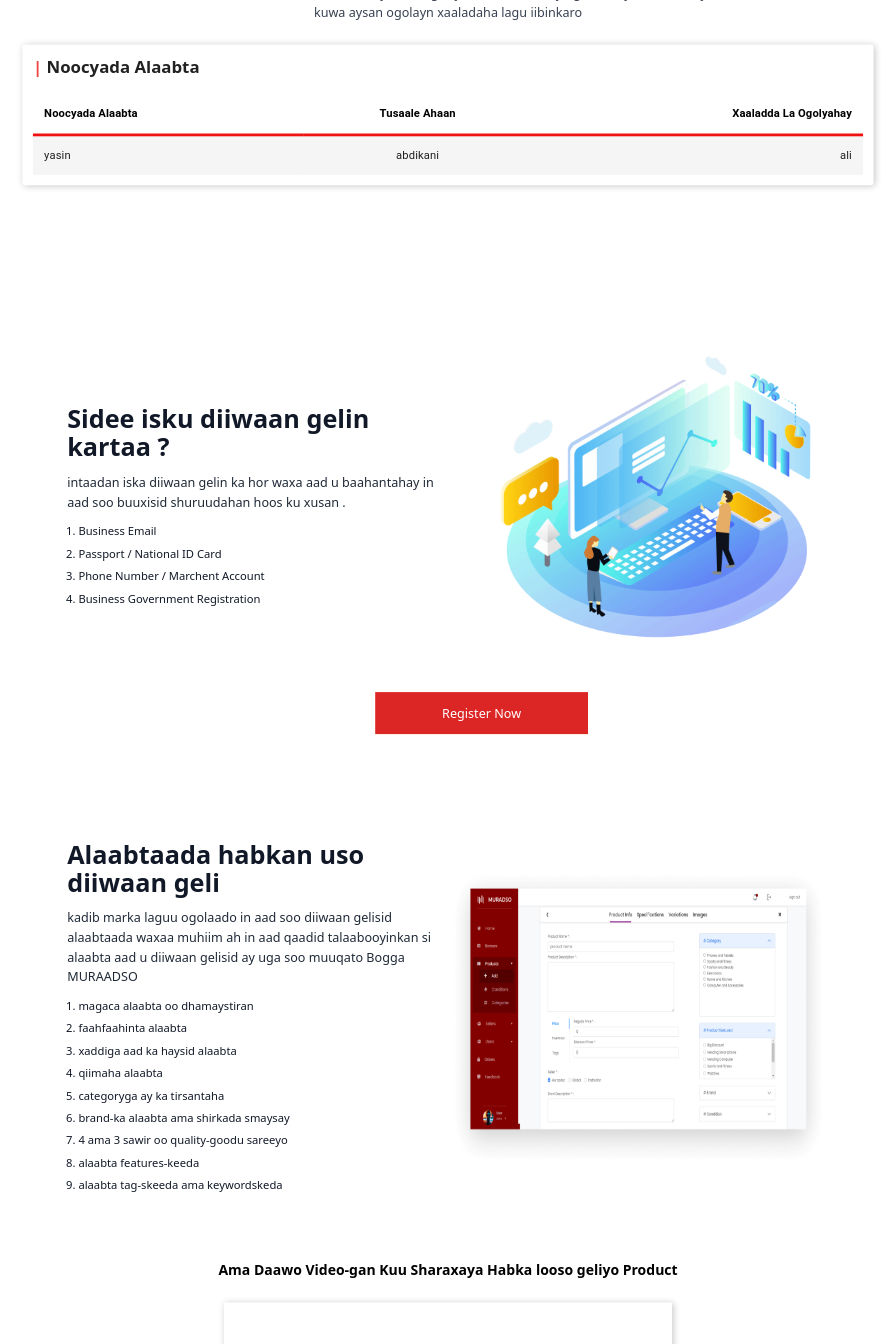
Repository: muraadso/Muraadso-Sellers
Page: /
The author's editor kept a copy of each file at every save. The page is drawn from the files as they stood at one save, then again after the next save.
The browser window is 1280 px wide. The pictures show the part of the page from y = 2814 to 4734 px (the page is 7173 px tall before and 7206 px after), at 70% of full size.
The project was rebuilt for these pictures with package versions that can differ from the ones it lists, and the page was loaded fresh each time. The framework's server and built-in components were replaced by stand-ins that run in the browser. Also part of the build but not shown: next.config.js.

Above is the page before, as saved 2021-12-11 11:17:18.

### pages/_app.js
import '../styles/globals.css'
 import 'tailwindcss/tailwind.css'
import { Layout } from '../components/Layout'


function MyApp({ Component, pageProps }) {
  return (
    <Layout>
      <Component {...pageProps} />
    </Layout>
  )
}

export default MyApp

### styles/globals.css
@import url('https://fonts.googleapis.com/css2?family=Lato:ital,wght@0,300;0,400;0,700;0,900;1,700&family=Poppins:wght@200;300;400;500;600;700&display=swap');
html,
body {
  padding: 0 ;
  margin: 0;
  overflow-x: hidden !important;
  scroll-behavior: smooth;
}

a {
  color: inherit;
  text-decoration: none;
}

* {
  box-sizing: border-box;
}


.navbar {
  box-shadow: 2px 1px 7px rgba(0, 0, 0, 0.226);
  font-family: 'Poppins', sans-serif  ;
  font-weight: 500;

}
  .logo{
    font-family: 'Lato', sans-serif;
    font-weight: 700;
    color: rgb(233, 59, 59);
    font-size: 20px ;
  }
  .how-card{
    position: relative;
    box-shadow: 0 2px 10px rgba(0, 0, 0, 0.336) ;
  }
  .regimage{
    height: 500px;

  }
  .react-player {
    background-color: white !important;
    padding: 10px;
    box-shadow: 2px 1px 11px rgba(0, 0, 0, 0.226);
    border-radius: 2px;
  }
  .player-wrapper{
    overflow-x: hidden !important;
    /* width: 100% !important; */
  }


  .formcontainer{
    box-shadow: 2px 1px 11px rgba(0, 0, 0, 0.226);

  }



@media screen and  (max-width: 768px){
  .nav{
    padding-top: 40px;
    display: flex;
    flex-direction: column;

  }

  .how-card{
  margin-bottom: 25px;
}

.tablle{
  margin-bottom: 90px;
}
.tablle2{

}
 TableContainer{
   background-color: red;
   display: hidden;
 }
 .regimage{
    max-height: 300px;

  }
  .formcontainer{
    min-width: 110%;
  }

}




@tailwind base;
@tailwind components;
@tailwind utilities

### components/Hero.jsx
const Hero = () => {
    return (
        <div className="md:grid-cols-2 md:grid md:mt-11 hero">
                <div className="md:px-16 md:py-36 py-11 herotxt">
                    <h6 className="px-2 font-medium text-gray-500">ku iibi muraadso</h6>
                    <h1 className="my-5 text-3xl font-bold text-gray-800 capitalize md:font-bold md:text-gray-800 md:capitalize lg:text-6xl">sidee ugu iibin krtaa <br /> alaabtaada <span  className="text-red-600 md:text-red-600">muraadso</span></h1>

                    <p className="text-gray-700 md:text-left">
                         Whether you’ve already got an established e-commerce business , a great idea for a new product, or you just have a passion for selling, here’s how to take that next step with Muraadso </p>
                </div>

                <div className="heroimg">
                    <img className="w-4/4 "  src="/images/heroimage.png" alt="heroimage" />
                </div>
        </div>
    )
}

export default Hero

### components/About.jsx

const About = () => {
    return (
        <div className="mt-32">
            <h1 className="text-3xl font-bold text-center">Ku Iibso Muraadso</h1>
            <div className="gap-0 md:px-16 md:grid-cols-2 md:grid about-content">
                <div className="mt-12 aboutimg">
                  <img src="/images/aboutimage.png" className="md:h-96" alt="about image" />
                </div>
                <div className="md:mt-20 mt-11 about-text">
                    <p className="text-xl text-justify">
                        Muraadso waa hogaanka suuqa casriga ee online waana suuq aad ku iibin kartid alaabtaada, ahaw ganacsade alaabta sameeya, mid soo dajiya, si fudud ayaad ugu iibin kartaa suuqa casriga muraadso, sidoo kale ka mid noqo ganacsiyada shabakada internet ku iibiya alaabaha adiga oon ku kharash badan galin, kana faa’idaysanaya khubarada team ka muraadso helayana tobabaro iyo caawimo sidaad ugu iibin lahayd muraadso dhexdeeda Ku dhex iibta muraadso waa wax fudud sidoo kalena kharash yari kaaga bixi karo ama wax kharash ahi kaa baxayn, kaliya waxa lagaaga bahanyay in aad is diwaan galisid, kuna gurtid alaabta aad haysid online shirkada sidaana aad ku bilawdid iibka alaabtaada....<span className="text-red-600">Read More</span>
                    </p>
                </div>


            </div>
        </div>
    )
}

export default About

### components/Howtoreg.jsx
const Howtoreg = () => {
  return (
    <div className="flex flex-col md:p-16 howtoreg mb-11 md:mb-6 ">
      <div className="grid items-center justify-between md:grid-cols-2 registerdoc">
        <div className="space-y-4 regcontent">
          <h1 className="text-xl font-bold text-gray-900 md:text-4xl">Sidee isku diiwaan gelin kartaa ?</h1>
          <p className="text-lg text-gray-800 ">intaadan iska diiwaan gelin ka hor waxa aad u baahantahay in aad
            soo buuxisid shuruudahan hoos ku xusan .</p>
            <ol className="ml-4 space-y-2 font-medium text-gray-900 list-decimal">
              <li>Business Email</li>
              <li>Passport / National ID Card</li>
              <li>Phone Number / Marchent Account </li>
              <li>Business Government Registration</li>
            </ol>
        </div>
        <div className="flex items-center justify-end regimage">
          <img className="regimage" src="/images/registrationn.png" alt="" />
        </div>

      </div>
      <div className="flex flex-col items-center justify-center space-y-4 md:space-x-24 md:flex-row acceptterms">
        <div className="flex flex-row items-center justify-center check">
        </div>
        <div className="items-center justify-center text-center">
        <button className="items-center justify-center px-24 py-3 text-sm text-white bg-red-600 md:text-center md:text-lg md:px-24 md:py-4 ">Register Now</button>
        </div>
      </div>


    </div>
  )
}

export default Howtoreg

### components/Whatsell.jsx
import * as React from 'react';
import { styled } from '@mui/material/styles';
import Table from '@mui/material/Table';
import TableBody from '@mui/material/TableBody';
import TableCell, { tableCellClasses } from '@mui/material/TableCell';
import TableContainer from '@mui/material/TableContainer';
import TableHead from '@mui/material/TableHead';
import TableRow from '@mui/material/TableRow';
import Paper from '@mui/material/Paper';

const StyledTableCell = styled(TableCell)(({ theme }) => ({

  [`&.${tableCellClasses.head}`]: {
    backgroundColor: theme.palette.common.white,
    color: theme.palette.common.black,
    borderBottom: '4px solid rgb(240, 17, 17)' ,
    fontSize: '16px',
    fontWeight: '600',

  },
  [`&.${tableCellClasses.body}`]: {
    fontSize: 16,
  },
}));

const StyledTableRow = styled(TableRow)(({ theme }) => ({
  '&:nth-of-type(odd)': {
    backgroundColor: theme.palette.action.hover,


  },
  // hide last border
  '&:last-child td, &:last-child th': {
    border: 0,
  },
}));





function createData(noocaAlaabta, tusaale, xaaladda) {
  return { noocaAlaabta, tusaale, xaaladda };
}

const rows = [

];
const rows2 = [
  createData('yasin', "abdikani", 'ali')

];

export default function Whatsell() {
  return (
      <>
    <div className="flex flex-col items-center md:justify-center md:mb-36 tablle mb-11">
                <h1 className="text-xl font-bold text-center text-gray-900 md:text-3xl">Alaab Nocee ah ayaad iibin kartaa ?</h1>
                <p className="max-w-3xl mb-8 text-sm text-center text-gray-700 md:text-lg">Waxay ku xirantahy alaabta noceeda, xaaladda alaabta, Category-ga, iyo Brand-ka .
                table-ka hoos ku xusan waxa uu kutusayaa Categoriyada shirkaddu ay ogoshahay iibintooda
                iyo kuwa aysan ogolayn xaaladaha lagu iibinkaro </p>

            <TableContainer className="mw-screen-lg TableContainer" component={Paper} sx={{ padding: "15px", minWidth: 380 , maxWidth: 1500, boxShadow: '2px 1px 11px rgba(0, 0, 0, 0.226)' }}>
        <h1 className="mb-6 text-2xl font-bold "> <span className="font-black text-red-500 ">|</span> Noocyada Alaabta</h1>
      <Table sx={{ minWidth: 500 }} aria-label="customized table">
        <TableHead>
          <TableRow>
            <StyledTableCell>Noocyada Alaabta</StyledTableCell>
            <StyledTableCell align="center"> Tusaale Ahaan</StyledTableCell>
            <StyledTableCell align="right">Xaaladda La Ogolyahay</StyledTableCell>
          </TableRow>
        </TableHead>
        <TableBody>
          {rows.map((row) => (
            <StyledTableRow key={row.noocaAlaabta} sx={{backgroundColor: 'white'}}>
              <StyledTableCell component="th" scope="row">
                {row.noocaAlaabta}
              </StyledTableCell>
              <StyledTableCell   align="center">{row.tusaale}</StyledTableCell>
              <StyledTableCell align="right">{row.xaaladda}</StyledTableCell>
            </StyledTableRow>
          ))}
        </TableBody>
      </Table>
    </TableContainer>

    </div>


    <div className="flex flex-col items-center md:justify-center md:mb-36 tablle mb-11">
                <h1 className="text-xl font-bold text-center text-gray-900 md:text-3xl">Alaab Nocee ah ayaad iibin kartaa ?</h1>
                <p className="max-w-3xl mb-8 text-sm text-center text-gray-700 md:text-lg">Waxay ku xirantahy alaabta noceeda, xaaladda alaabta, Category-ga, iyo Brand-ka .
                table-ka hoos ku xusan waxa uu kutusayaa Categoriyada shirkaddu ay ogoshahay iibintooda
                iyo kuwa aysan ogolayn xaaladaha lagu iibinkaro </p>

            <TableContainer className="mw-screen-lg TableContainer" component={Paper} sx={{ padding: "15px", minWidth: 380 , maxWidth: 1500, boxShadow: '2px 1px 11px rgba(0, 0, 0, 0.226)' }}>
        <h1 className="mb-6 text-2xl font-bold "> <span className="font-black text-red-500 ">|</span> Noocyada Alaabta</h1>
      <Table sx={{ minWidth: 500 }} aria-label="customized table">
        <TableHead>
          <TableRow>
            <StyledTableCell>Noocyada Alaabta</StyledTableCell>
            <StyledTableCell align="center"> Tusaale Ahaan</StyledTableCell>
            <StyledTableCell align="right">Xaaladda La Ogolyahay</StyledTableCell>
          </TableRow>
        </TableHead>
        <TableBody>
          {rows2.map((row) => (
            <StyledTableRow key={row.noocaAlaabta} sx={{backgroundColor: 'white'}}>
              <StyledTableCell component="th" scope="row">
                {row.noocaAlaabta}
              </StyledTableCell>
              <StyledTableCell   align="center">{row.tusaale}</StyledTableCell>
              <StyledTableCell align="right">{row.xaaladda}</StyledTableCell>
            </StyledTableRow>
          ))}
        </TableBody>
      </Table>
    </TableContainer>

    </div>




     </>
  );
}

### components/Howtolist.jsx
import ReactPlayer from 'react-player'


const Howtoreg = () => {
  return (
    <div className="flex flex-col space-y-11 md:space-y-24 md:p-16 howtoreg">
      <div className="grid items-center justify-between md:grid-cols-2 registerdoc">
        <div className="space-y-4 regcontent">
          <h1 className="text-xl font-bold text-gray-900 md:text-4xl">Alaabtaada habkan uso diiwaan geli</h1>
          <p className="text-lg text-gray-800 ">kadib marka laguu ogolaado in aad soo diiwaan gelisid alaabtaada
waxaa muhiim ah in aad qaadid talaabooyinkan si alaabta aad
u diiwaan gelisid ay uga soo muuqato Bogga MURAADSO</p>
            <ol className="ml-4 space-y-2 font-medium text-gray-900 list-decimal">
              <li>magaca alaabta oo dhamaystiran</li>
              <li>faahfaahinta alaabta </li>
              <li>xaddiga aad ka haysid alaabta </li>
              <li>qiimaha alaabta </li>
              <li>categoryga ay ka tirsantaha</li>
              <li>brand-ka alaabta ama shirkada smaysay</li>
              <li>4 ama 3 sawir oo quality-goodu sareeyo</li>
              <li>alaabta features-keeda</li>
              <li>alaabta tag-skeeda ama keywordskeda</li>
            </ol>
        </div>
        <div className="flex items-center justify-end regimage">
          <img className="regimage" src="/images/dashboard.png" alt="" />
        </div>

      </div>

      <div className="flex flex-col items-center justify-center space-y-6 watch">
          <h1 className="text-lg font-medium text-center md:font-bold md:text-xl ">Ama Daawo Video-gan Kuu Sharaxaya Habka looso geliyo Product</h1>
         <div className='flex items-center justify-center w-screen p-2 overflow-x-hidden mx-11 player-wrapper'>
        <ReactPlayer
          className=' react-player'
          url='hhttps://www.youtube.com/watch?v=qS5MdsgyWb4&t=5s'
        style={{
            backgroundColor: '#ff0000'
        }}

        />
      </div>
      </div>




    </div>
  )
}

export default Howtoreg

### components/Reg.jsx
import TextField from '@mui/material/TextField';
import Checkbox from '@mui/material/Checkbox';
import FormControlLabel from '@mui/material/FormControlLabel';



const Reg = () => {
    return (
        <div className="container flex flex-col items-center justify-center md:w-screen md:px-11 mb-36 ">
            <h1 className="text-lg font-bold text-center md:text-3xl ">Nagu Soo Biir Macmiil</h1>
            <div className="flex flex-col items-center justify-center py-10 mt-24 bg-white rounded md:w-9/12 md:px-11 space-y-7 formcontainer">
            <h1 className="text-lg font-bold text-center md:text-3xl ">Is Diiwaan Geli</h1>
                <div className="grid w-5/6 grid-cols-1 md:grid-cols-2 gap-x-6 gap-y-7 form">
                  <TextField id="outlined-basic" label="First Name" variant="outlined" />
                  <TextField id="outlined-basic" label="Last Name" variant="outlined" />
                  <TextField id="outlined-basic" label="Magaalada" variant="outlined" />
                  <TextField id="outlined-basic" label="Address" variant="outlined" />
                  <TextField type="number" id="outlined-basic" label="Phone Number" variant="outlined" />
                  <TextField id="outlined-basic" label="Magaca Ganasiga" variant="outlined" />
                  <TextField id="outlined-basic" label="Noca Ganasiga" variant="outlined" />
                </div>

                <div className="flex flex-col items-center justify-center text-center">
                    <FormControlLabel className="mb-2" control={<Checkbox />} label="I accept the privacy and policy" />
                   <button
                    className="items-center justify-center px-24 py-3 text-sm text-white bg-red-600 md:text-center md:text-lg md:px-24 md:py-4 ">
                        Register Now
                    </button>
        </div>
            </div>





        </div>
    )
}

export default Reg

### components/How.jsx
export const How = () => {
    return (
        <div className="flex flex-col items-center justify-center mt-32 mb-24 how md:gap-y-4 gap-y-11">
            <div className="howheader">
            <h2 className="text-4xl font-bold text-center">Sidee u shaqaysaa</h2>
            <p className="mt-2 text-lg text-center text-gray-600">habka uu ushaqeeyo adeegan waa sidatan hoos ku xusan</p>
            </div>
            <div className="h-full md:p-16 md:gap-4 gap-72 md:grid-cols-4 md:grid howsteps">

                <div className="relative max-h-full p-6 bg-white border-4 border-red-400 rounded how-card ">
                    <div className="flex items-center justify-center my-4 card-icon ">
                        <img  src="./icons/register.png" alt="register" />

                    </div>
                    <div className="mb-4 text-xl text-center text-gray-800 cardbody">
                        Macmiil iska diiwaan geli adeega, 24h kadib waxad helaysa fariin ah in lagu aqbalay
                    </div>
                    <div className="absolute flex items-center justify-center w-10 h-10 font-bold text-red-500 bg-white border-2 border-red-500 rounded-full -bottom-5 md:left-40 left-36 place-content-center card-number"> <h2>1</h2></div>
                </div>


                <div className="relative max-h-full p-6 bg-white border-4 border-red-400 rounded how-card ">
                    <div className="flex items-center justify-center my-4 card-icon ">
                        <img className="h-24"  src="./icons/features.png" alt="register" />
                    </div>
                    <div className="mb-4 text-xl text-center text-gray-800 cardbody">
                        Macmiil iska diiwaan geli adeega, 24h kadib waxad helaysa fariin ah in lagu aqbalay
                    </div>
                    <div className="absolute flex items-center justify-center w-10 h-10 font-bold text-red-500 bg-white border-2 border-red-500 rounded-full -bottom-5 md:left-40 left-36 place-content-center card-number"> <h2>2</h2></div>
                </div>




                <div className="relative max-h-full p-6 bg-white border-4 border-red-400 rounded how-card ">
                    <div className="flex items-center justify-center my-4 card-icon ">
                        <img className="h-24"  src="./icons/verified.png" alt="register" />

                    </div>
                    <div className="mb-4 text-xl text-center text-gray-800 cardbody">
                        Macmiil iska diiwaan geli adeega, 24h kadib waxad helaysa fariin ah in lagu aqbalay
                    </div>
                    <div className="absolute flex items-center justify-center w-10 h-10 font-bold text-red-500 bg-white border-2 border-red-500 rounded-full -bottom-5 md:left-40 left-36 place-content-center card-number"> <h2>3</h2></div>
                </div>


                <div className="relative max-h-full p-6 bg-white border-4 border-red-400 rounded how-card ">
                    <div className="flex items-center justify-center my-4 card-icon ">
                        <img className="h-24"  src="./icons/givemoney.png" alt="register" />

                    </div>
                    <div className="mb-4 text-xl text-center text-gray-800 cardbody">
                        Macmiil iska diiwaan geli adeega, 24h kadib waxad helaysa fariin ah in lagu aqbalay
                    </div>
                    <div className="absolute flex items-center justify-center w-10 h-10 font-bold text-red-500 bg-white border-2 border-red-500 rounded-full -bottom-5 md:left-40 left-36 place-content-center card-number"> <h2>4</h2></div>
                </div>

            </div>
            <p className="text-center text-gray-800">Wixii faahfaahin ah waxaad kala xiriiri kartaa lambaradan hoos kuugu xusan</p>
            <a className="font-medium text-red-600" href="#">+252 63 3333471</a>

        </div>
    )
}

export default How

### components/Navbar.jsx
import React, { useState } from "react";
import { HiOutlineMenuAlt2, HiOutlineMenuAlt3 } from "react-icons/hi";



export default function Navbar() {
  const [showNav, setShowNav] = useState(false);

  return (
    <nav className="sticky top-0 z-20 items-center justify-between bg-white px-14 md:px-24 md:py-3 navbar md:flex">
      <div className="flex items-center justify-between">
        <a href="#">
          <h2>Muraadso</h2>
        </a>


        {showNav ? (
          <HiOutlineMenuAlt3
            onClick={() => setShowNav(!showNav)}
            className="block w-10 h-10 p-2 cursor-pointer md:hidden" />

        ) : (
          <HiOutlineMenuAlt2
            onClick={() => setShowNav(!showNav)}
            className="block w-10 h-10 p-2 cursor-pointer md:hidden"
          />
        )}
      </div>

      <ul
        className={
          (showNav ? "left-0" : "-left-full") +
          " md:static fixed bottom-0 md:ml-24 top-14 md:flex md:space-x-6 items-center md:bg-transparent bg-gray-700 rounded md:rounded-none md:bg-white bg-opacity-90 md:w-auto w-10/12 md:text-gray-800 text-white  md:space-y-0 space-y-5 p-2 transition-left nav"
        }
      >
        <a href="#"> Home</a>
        <a href="#"> About</a>
        <a href="#"> Doc</a>
        <a href="#"> Contact Us</a>
      <a className="px-4 py-2 text-white bg-red-600 rounded" href="">Signup</a>
      </ul>
    </nav>
  );
}

























// const Navbar = () => {
//     return (
//         <div>
//      <div className="sticky top-0 z-20 items-center justify-between bg-white md:flex navbar">
//          <a className="logo" href="#">Muraadso</a>
//          <nav className="fixed bottom-0 items-center w-10/12 p-2 space-y-5 text-white bg-gray-500 md:static top-12 md:flex md:space-x-7 md:bg-transparent bg-opacity-90 md:w-auto md:text-gray-500 md:space-y-0 transition-left nav">
//              <a className="hover:text-red-600" href="">Home</a>
//              <a className="hover:text-red-600" href="">About</a>
//              <a className="hover:text-red-600" href="">Doc</a>
//              <a className="hover:text-red-600" href="">Contact Us</a>
//          </nav>
//          <a href="#" className="px-4 py-2 text-white bg-red-600 rounded hover:bg-red-700 signup ">Signup</a>
//      </div>

//         </div>
//     )
// }

// export default Navbar

### components/Footer.jsx
import FacebookIcon from '@mui/icons-material/Facebook';
import InstagramIcon from '@mui/icons-material/Instagram';
import YouTubeIcon from '@mui/icons-material/YouTube';
import Divider from '@mui/material/Divider';
import CopyrightIcon from '@mui/icons-material/Copyright';





const Footer = () => {
    return (
        <div className="px-2 py-8 border md:px-24 md:py-16 bg-gray-50 space-y-7">
            <div className="flex flex-col items-center justify-between space-y-4 md:flex-row upper md-space-y-0">

            <div className="flex items-center space-x-5 md:space-x-7 justify-items-start footercontent">
                <a href="#">About Us</a>
                <a href="#">How it Works</a>
                <a href="#">Nagu Dooro</a>
                <a href="#">Register</a>

            </div>

            <div className="footericons space-x-7">
                <FacebookIcon sx={{ fontSize: 30, color: "#ff5e5b" }} />
                <InstagramIcon sx={{ fontSize: 30, color: "#ff5e5b" }} />
                <YouTubeIcon sx={{ fontSize: 30, color: "#ff5e5b" }} />
            </div>

            </div>
            <Divider className="text-red-600">Muraadso.com</Divider>

            <div className="flex flex-col items-center justify-between space-y-3 md:space-y-0 md:flex-row bottom">
                <a href="#"> <CopyrightIcon className="items-center" sx={{fontSize: 15}} /> 2021 Muraadso.All rights reserved. </a>
                <div className="space-x-8 term">
                <a href="#">Privacy Policy</a>
                <a href="#">Terms Of Service</a>
                </div>


            </div>

        </div>
    )
}

export default Footer

Loaded but not shown: pages/api/hello.js (common file); styles/Home.module.css (common file); pages/index.js (32 lines, source omitted); tailwind.config.js (18 lines, source omitted); components/Layout.js (15 lines, source omitted); components/Whyus.jsx (70 lines, source omitted)

After the next save:
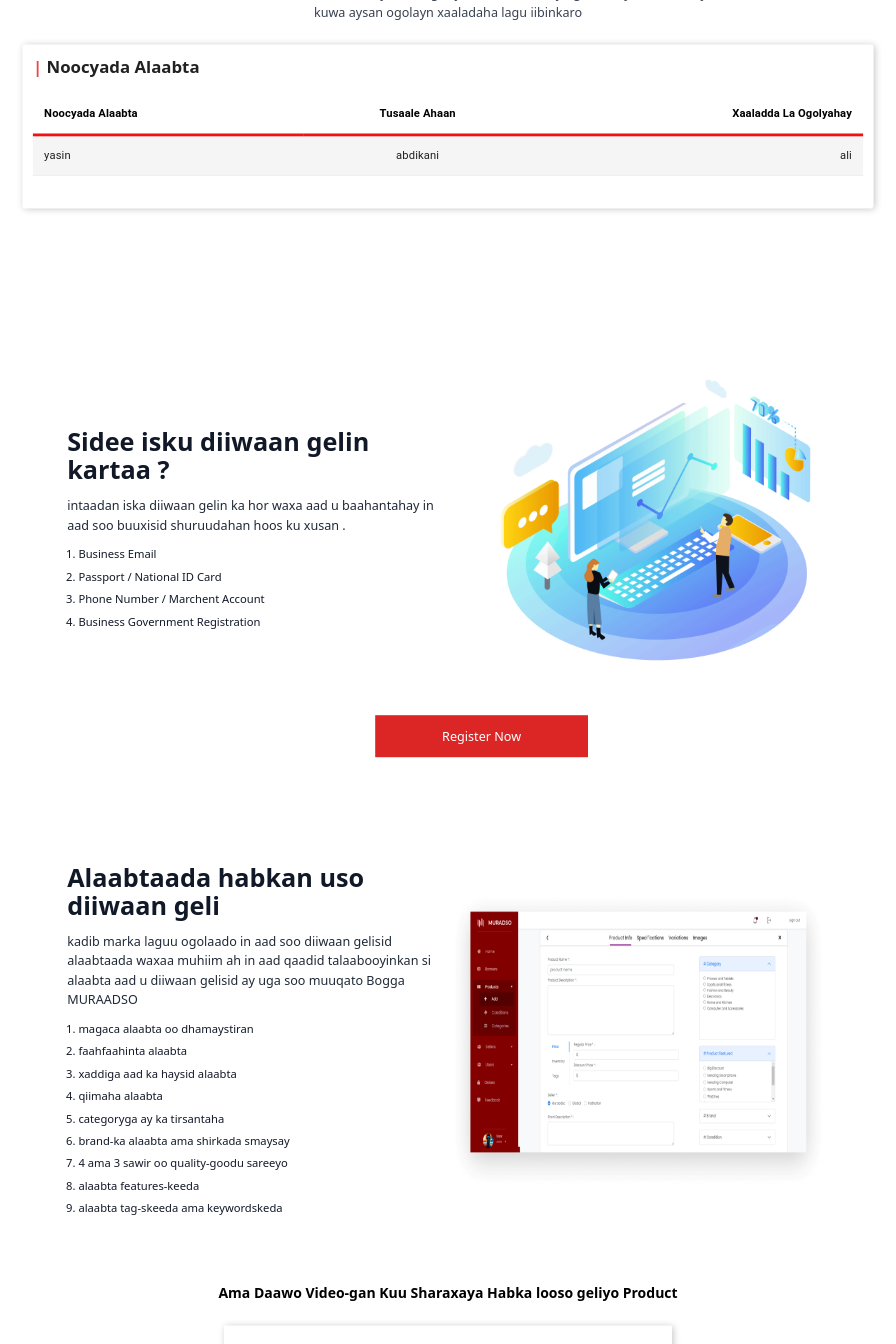
Saved 16 s later.
--- a/components/Whatsell.jsx
+++ b/components/Whatsell.jsx
@@ -47,7 +47,8 @@ const rows = [
 
 ];
 const rows2 = [
-  createData('yasin', "abdikani", 'ali')
+  createData('yasin', "abdikani", 'ali'),
+  createData
 
 ];
 
